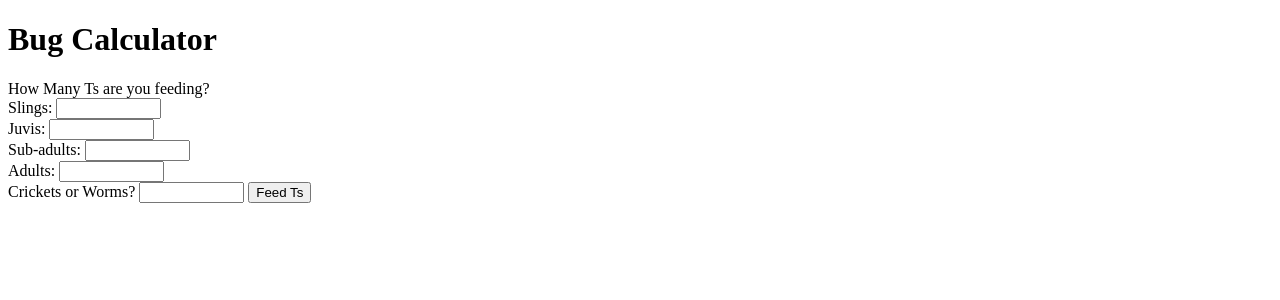
Repository: champloo2/JSPServeletCIS175
Page: http://localhost/TFeeder/bugCalc.jsp
An editor plug-in stored every save of this project. The page is shown before and after the next save, followed by the edit.
The browser window is 1280 px wide. The pictures show the whole page.
The page is served by Tomcat 9.

Above is the page before, as saved 2020-02-12 00:27:23.

After the next save:
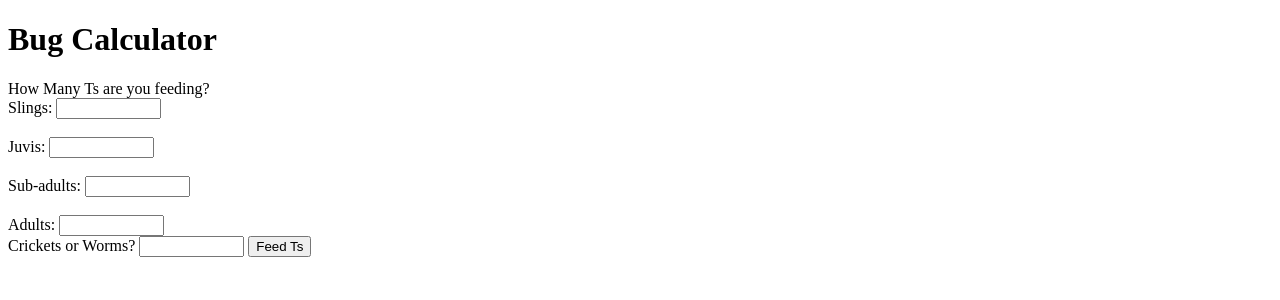
Saved 103 s later.
--- a/TFeeder/WebContent/bugCalc.jsp
+++ b/TFeeder/WebContent/bugCalc.jsp
@@ -12,11 +12,11 @@
 <form action="getCentsServlet" method="post">
 How Many Ts are you feeding? <br />
 Slings:
-<input type="text" name="numOfSlings" size="10"><br />
+<input type="text" name="numOfSlings" size="10"><br /><br />
 Juvis:
-<input type="text" name="numOfJuvis" size="10"><br />
+<input type="text" name="numOfJuvis" size="10"><br /><br />
 Sub-adults:
-<input type="text" name="numOfSubs" size="10"><br />
+<input type="text" name="numOfSubs" size="10"><br /><br />
 Adults:
 <input type="text" name="numOfAdults" size="10"><br />
 Crickets or Worms?
